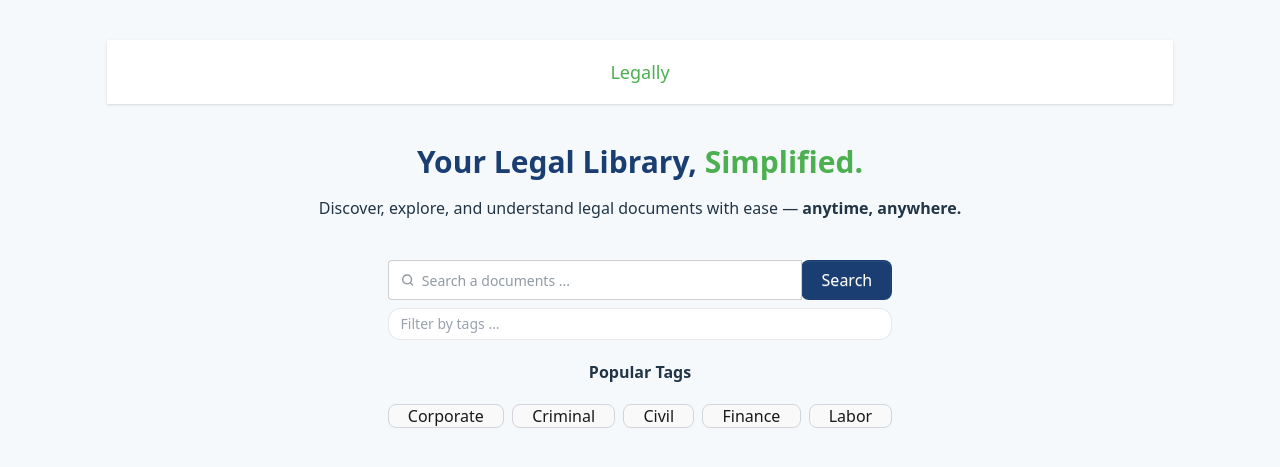
Repository: OdinPie/legal-search-acmeai
Page: / (app in legal-frontend/)
An editor plug-in stored every save of this project. The page is shown before and after the next save, followed by the edit.
The browser window is 1280 px wide. The pictures show the whole page.
The project was rebuilt for these pictures with package versions that can differ from the ones it lists, and the page was loaded fresh each time. Also part of the build but not shown: legal-frontend/vite.config.js.

Above is the page before, as saved 2025-11-05 23:57:41.

After the next save:
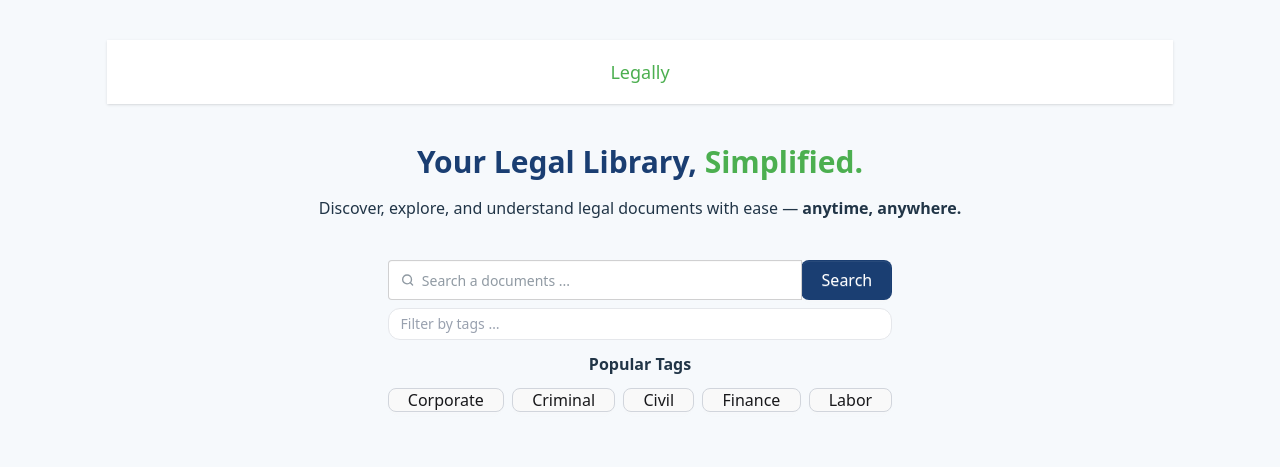
Saved 4 s later.
--- a/legal-frontend/src/components/TagBar.jsx
+++ b/legal-frontend/src/components/TagBar.jsx
@@ -61,7 +61,7 @@ export default function TagBar({ value = [], onChange }) {
       </div>
 
       <div>
-        <p className="font-bold my-5">Popular Tags</p>
+        <p className="font-bold my-3">Popular Tags</p>
         <div className="flex justify-center gap-2">
         {suggetions.map(s => {
           const taken = value.some(t => t.toLowerCase() === s.toLowerCase());
